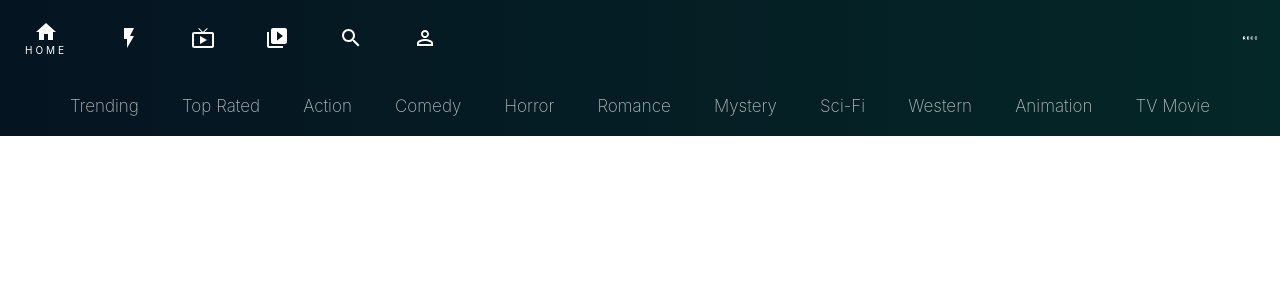
Repository: RishabhJM/recc
Page: /
An editor plug-in stored every save of this project. The page is shown before and after the next save, followed by the edit.
The browser window is 1280 px wide. The pictures show the whole page.
The page's requests for data from a server got no answer. The project was rebuilt for these pictures with package versions that can differ from the ones it lists, and the page was loaded fresh each time. No one was signed in, and anything a server would have sent is missing. Also part of the build but not shown: src/App.css, src/Card.css, src/card.js.

Above is the page before, as saved 2022-07-01 17:27:00.

### public/index.html
<!DOCTYPE html>
<html lang="en">
  <head>
    <meta charset="utf-8" />
    <link rel="icon" href="%PUBLIC_URL%/favicon.ico" />
    <meta name="viewport" content="width=device-width, initial-scale=1" />
    <meta name="theme-color" content="#000000" />
    <meta
      name="description"
      content="Web site created using create-react-app"
    />
    <link rel="apple-touch-icon" href="%PUBLIC_URL%/logo192.png" />
    <!--
      manifest.json provides metadata used when your web app is installed on a
      user's mobile device or desktop. See https://developers.google.com/web/fundamentals/web-app-manifest/
    -->
    <link rel="manifest" href="%PUBLIC_URL%/manifest.json" />
    <!--
      Notice the use of %PUBLIC_URL% in the tags above.
      It will be replaced with the URL of the `public` folder during the build.
      Only files inside the `public` folder can be referenced from the HTML.

      Unlike "/favicon.ico" or "favicon.ico", "%PUBLIC_URL%/favicon.ico" will
      work correctly both with client-side routing and a non-root public URL.
      Learn how to configure a non-root public URL by running `npm run build`.
    -->
    <title>Recc - Popular movies and TV shows</title>
  </head>
  <body>
    <noscript>You need to enable JavaScript to run this app.</noscript>
    <div id="root"></div>
    <!--
      This HTML file is a template.
      If you open it directly in the browser, you will see an empty page.

      You can add webfonts, meta tags, or analytics to this file.
      The build step will place the bundled scripts into the <body> tag.

      To begin the development, run `npm start` or `yarn start`.
      To create a production bundle, use `npm run build` or `yarn build`.
    -->
  </body>
</html>

### src/App.js
import React,{useState} from "react";
import './App.css';
import Header from "./Header";
import Nav from "./Nav";
import Results from "./Results";
import requests from "./requests";

function App() {
  const [selectedOption,setSelectedOption] = useState(requests.fetchTrending);
    return(
    <div className="App">
      <Header />
      <Nav setSelectedOption={setSelectedOption}/>
      <Results selectedOption={selectedOption} />

    </div>
    );
}

export default App;

### src/Header.js
import React from 'react'
import "./Header.css"
import HomeIcon from '@mui/icons-material/Home';
import FlashOnIcon from '@mui/icons-material/FlashOn';
import LiveTvIcon from '@mui/icons-material/LiveTv';
import VideoLibraryIcon from '@mui/icons-material/VideoLibrary';
import SearchIcon from '@mui/icons-material/Search';
import PersonOutlineIcon from '@mui/icons-material/PersonOutline';
import reccLogo from '../src/assets/recc.png'

function Header() {
    return (
        <div className="header">
            <div className="header__left">
                <div className="header__icon header__icon--active"><HomeIcon /><p>Home</p></div>
                <div className="header__icon"><FlashOnIcon /><p>Trending</p></div>
                <div className="header__icon"><LiveTvIcon /><p>Live</p></div>
                <div className="header__icon"><VideoLibraryIcon /><p>Collection</p></div>
                <div className="header__icon"><SearchIcon /><p>Search</p></div>
                <div className="header__icon"><PersonOutlineIcon /><p>Account</p></div>







            </div>
            <img src={reccLogo} className="reccLogo" />


        </div>
    )
}

export default Header;

### src/Nav.js
import React from 'react'
import "./Nav.css"
import requests from "./requests"

function Nav({setSelectedOption}) {
    return (
        <div className="nav">
             <h1 onClick={() => setSelectedOption(requests.fetchTrending)}>Trending</h1>
             <h1 onClick={() => setSelectedOption(requests.fetchTopRated)}>Top Rated</h1>
             <h1 onClick={() => setSelectedOption(requests.fetchActionMovies)}>Action</h1>
             <h1 onClick={() => setSelectedOption(requests.fetchComedyMovies)}>Comedy</h1>
             <h1 onClick={() => setSelectedOption(requests.fetchHorrorMovies)}>Horror</h1>
             <h1 onClick={() => setSelectedOption(requests.fetchRomanceMovies)}>Romance</h1>
             <h1 onClick={() => setSelectedOption(requests.fetchMystery)}>Mystery</h1>
             <h1 onClick={() => setSelectedOption(requests.fetchSciFi)}>Sci-Fi</h1>
             <h1 onClick={() => setSelectedOption(requests.fetchWestern)}>Western</h1>
             <h1 onClick={() => setSelectedOption(requests.fetchAnimation)}>Animation</h1>
             <h1 onClick={() => setSelectedOption(requests.fetchTV)}>TV Movie</h1>
        </div>
    )
}

export default Nav

### src/Results.js
import React,{useEffect,useState} from 'react';
import Card from "./Card";
import "./Results.css";
import axios from "./axios";
import requests from "./requests"
import FlipMove from 'react-flip-move';

function Results({selectedOption}) {
    const [movies,setMovies] = useState([]);

    useEffect(()=> {
        async function fetchData(){
            const request = await axios.get(selectedOption);
            setMovies(request.data.results);
            return request;
        }
        fetchData();
    },[selectedOption])



    return (
        <div className="results">
            <FlipMove>
            {movies.slice(0,18).map((movie) => (<Card key={movie.id} movie={movie}/>))}
            </FlipMove>
        </div>
    )
}

export default Results

### src/requests.js
const API_KEY = "5d4250357fef39231bde41d9fd24f672";

export default {
    fetchTrending : `/trending/all/week?api_key=${API_KEY}&language=en-US`,
    fetchTopRated : `/movie/top_rated?api_key=${API_KEY}&language=en-US`,
    fetchActionMovies : `/discover/movie?api_key=${API_KEY}&with_genres=28`,
    fetchComedyMovies : `/discover/movie?api_key=${API_KEY}&with_genres=35`,
    fetchHorrorMovies : `/discover/movie?api_key=${API_KEY}&with_genres=27`,
    fetchRomanceMovies : `/discover/movie?api_key=${API_KEY}&with_genres=10749`,
    fetchMystery : `/discover/movie?api_key=${API_KEY}&with_genres=9648`,
    fetchSciFi : `/discover/movie?api_key=${API_KEY}&with_genres878`,
    fetchWestern : `/discover/movie?api_key=${API_KEY}&with_genres=37`,
    fetchAnimation : `/discover/movie?api_key=${API_KEY}&with_genres=16`,
    fetchTV : `/discover/movie?api_key=${API_KEY}&with_genres=10770`,

}

### src/Header.css
.header {
    display: flex;
    justify-content: space-between;
    align-items: center;
    padding: 10px;
    color: white;
    padding: 10px 0;
    overflow-x: scroll;
    background-image: linear-gradient(to right,#051421,#042727);
}
/* Hide Scrollbar for Chrome,safari,opera */
.header::-webkit-scrollbar {
    display: none;
}

.header{
    -ms-overflow-style: none; /*IE and Edge*/
    scrollbar-width: none; /*Firefox*/
}

.header__icon--active > p{
    display: inline-flex !important;
}

.header > img {
    object-fit: contain;
    height: 30px;
    margin-right:20px ;
}


.header__left {
    display: flex;
    align-items: center;
    text-align: center;
}

.header__icon  {
    margin: 10px 25px;
    cursor: pointer;
    font-size: 10px;
    display: flex;
    flex-direction: column;
    align-items: center;
}

.header__icon > p {
    text-transform: uppercase;
    letter-spacing: 3px;
    display: none;
    font-size: small;
    font-size: 10px;
}

.header__icon:hover > p{
    display: inline-flex;
    font-size: 10px;
}

.reccLogo {
    width: 20px;
}

### src/Nav.css
.nav {
    display: flex;
    justify-content: space-between;
    background-image: linear-gradient(to right,#051421,#042727);
    padding: 20px 70px;
    overflow-x: scroll;

}
/* Hide Scrollbar for Chrome,safari,opera */
.nav::-webkit-scrollbar {
    display: none;
}

.nav{
    -ms-overflow-style: none; /*IE and Edge*/
    scrollbar-width: none; /*Firefox*/
}


.nav h1{
    font-weight: 200;
    color: white;
    cursor: pointer;
    font-size: 17px;
    opacity: 0.7;
    transition: transform 50ms ease-out;
}

.nav > h1:hover{
    transform: scale(1.2);
    opacity: 1;
}

### src/Results.css
.results > div {
    background-image: linear-gradient(to right,#051421,#042727);
    display: flex;
    justify-content: space-between;
    flex-wrap: wrap;
}

### src/axios.js
import axios from "axios";

const instance = axios.create({baseURL:"https://api.themoviedb.org/3/"});

export default instance;

Loaded but not shown: src/index.js (common file); src/index.css (common file); src/reportWebVitals.js (common file)

After the next save:
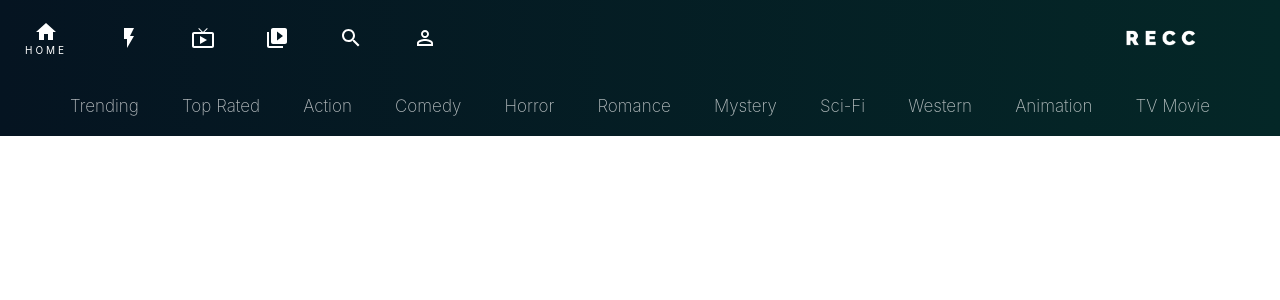
Saved 7 s later.
--- a/src/Header.css
+++ b/src/Header.css
@@ -58,5 +58,5 @@
 }
 
 .reccLogo {
-    width: 20px;
+    width: 200px;
 }
